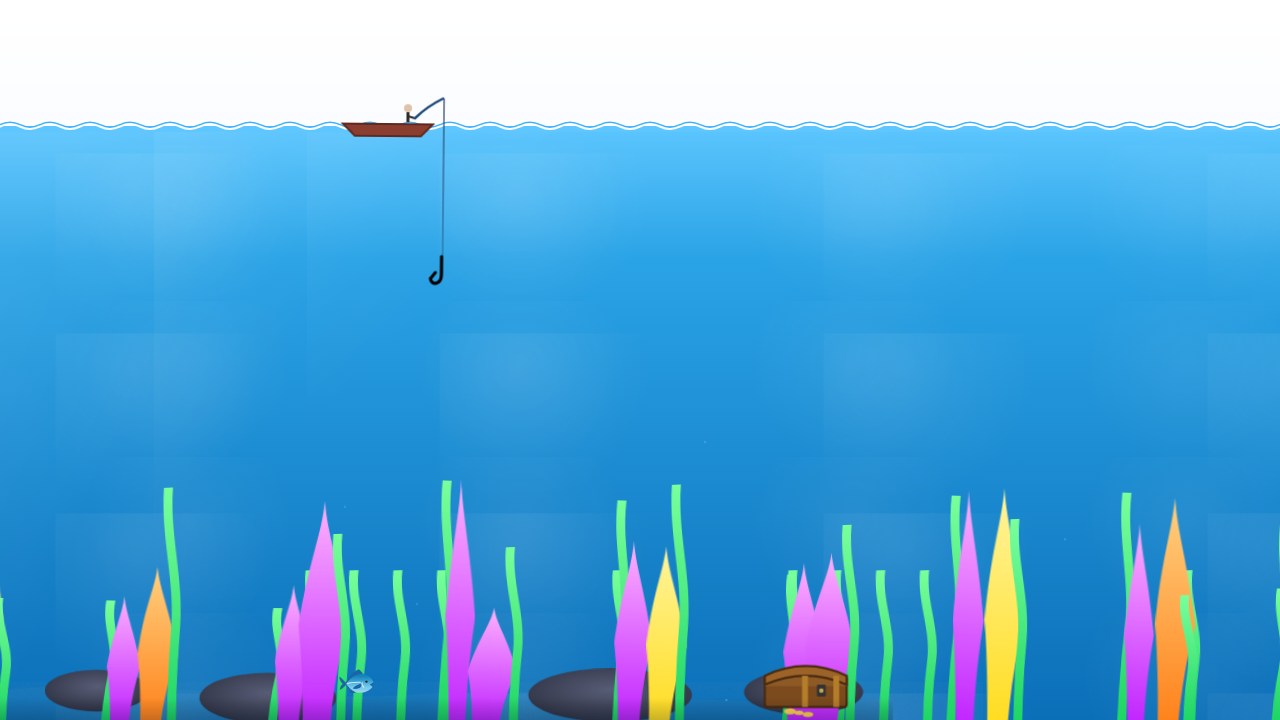
Repository: DeepFriedTurkey441/fd_game_project
Page: index.html
These files come from the project's save history. The page is drawn as it stood at one moment and after the next save; the edit follows.
The browser window is 1280 px wide. The pictures show the whole page.

Above is the page before, as saved 2025-09-23 11:17:49.

After the next save:
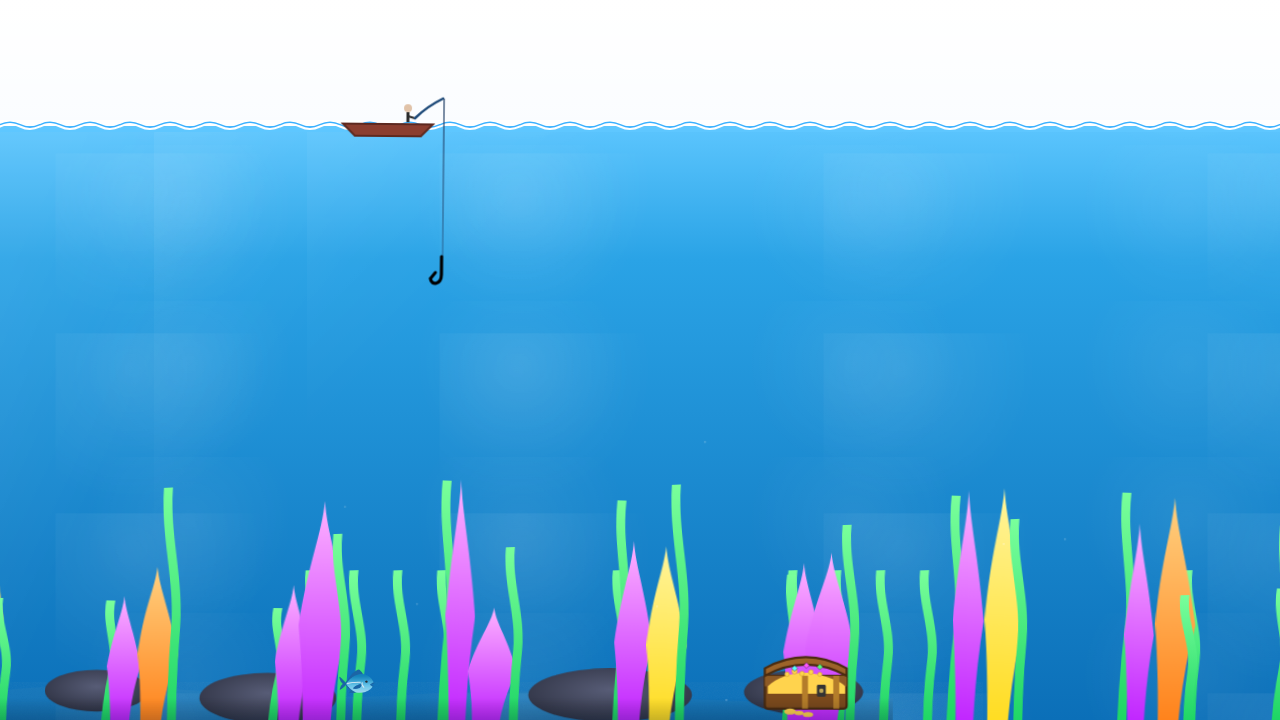
Saved 53 min 46 s later.
--- a/index.html
+++ b/index.html
@@ -94,20 +94,40 @@
       <g id="plants" transform="translate(0,0)"></g>
       <!-- treasure chest (position adjusted via script to track visible right edge) -->
       <g id="treasure" transform="translate(1074, 520)">
-        <g>
-          <!-- base chest -->
-          <rect x="-40" y="20" width="110" height="42" rx="4" ry="4" fill="#7b4a1d" stroke="#4a2b10" stroke-width="3"/>
+        <!-- base chest -->
+        <g id="chestBase">
+          <rect x="-40" y="20" width="110" height="44" rx="4" ry="4" fill="#7b4a1d" stroke="#4a2b10" stroke-width="3"/>
+          <!-- front rim -->
           <rect x="-40" y="20" width="110" height="14" fill="#8d5a26"/>
-          <!-- lid -->
-          <path d="M-40 20 Q 15 -6 70 20 L 70 32 Q 15 8 -40 32 Z" fill="#9c6329" stroke="#4a2b10" stroke-width="3"/>
+          <!-- inner gold pile visible due to open lid -->
+          <path d="M-36 34 C -20 18, 10 12, 30 18 C 48 22, 62 28, 68 34 L 68 44 L -36 44 Z" fill="#ffd34d"/>
           <!-- banding -->
-          <rect x="10" y="20" width="8" height="42" fill="#b47d2a"/>
-          <rect x="52" y="20" width="8" height="42" fill="#b47d2a"/>
-          <!-- lock -->
+          <rect x="10" y="20" width="8" height="44" fill="#b47d2a"/>
+          <rect x="52" y="20" width="8" height="44" fill="#b47d2a"/>
+          <!-- lock plate -->
           <rect x="30" y="32" width="12" height="16" rx="2" ry="2" fill="#333"/>
           <circle cx="36" cy="40" r="3" fill="#c1a857"/>
         </g>
-        <!-- a few coins spilling out -->
+        <!-- open lid (tilted back) -->
+        <path d="M-40 20 Q 15 -10 70 20 L 70 10 Q 15 -20 -40 10 Z" fill="#9c6329" stroke="#4a2b10" stroke-width="3"/>
+        <!-- bursting treasure: coins and gems -->
+        <g>
+          <!-- coin stack -->
+          <g fill="#ffd34d" stroke="#d0a62b" stroke-width="0.8">
+            <circle cx="-10" cy="18" r="3"/>
+            <circle cx="0" cy="14" r="3.6"/>
+            <circle cx="10" cy="17" r="3.2"/>
+            <circle cx="22" cy="15" r="3.2"/>
+            <circle cx="34" cy="18" r="2.8"/>
+          </g>
+          <!-- gems -->
+          <g stroke="#2a2a2a" stroke-width="0.6">
+            <path d="M-4 10 L 0 6 L 4 10 L 0 14 Z" fill="#55ffff"/>
+            <path d="M12 6 L 16 2 L 20 6 L 16 10 Z" fill="#ff55ff"/>
+            <path d="M30 8 L 34 4 L 38 8 L 34 12 Z" fill="#55ff7a"/>
+          </g>
+        </g>
+        <!-- spilled coins on sand -->
         <g fill="#ffd34d">
           <ellipse cx="-6" cy="68" rx="8" ry="4"/>
           <ellipse cx="6" cy="70" rx="6" ry="3"/>
